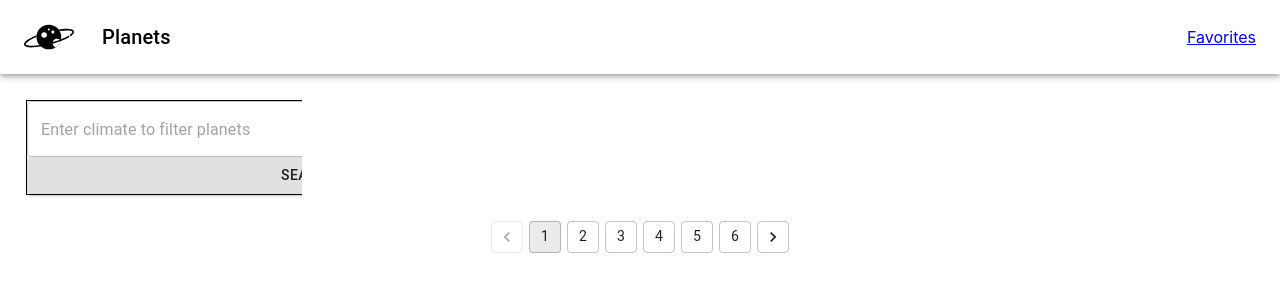
Repository: samridhie01/assignment
Page: /
The author's editor kept a copy of each file at every save. The page is drawn from the files as they stood at one save, then again after the next save.
The browser window is 1280 px wide. The pictures show the whole page.
The page's requests for data from a server got no answer. The project was rebuilt for these pictures with package versions that can differ from the ones it lists, and the page was loaded fresh each time. A package was used in the major version that the imports need, not the one package.json lists. No one was signed in, and anything a server would have sent is missing. Also part of the build but not shown: src/components/planets/PlanetTile.tsx, src/components/planets/Planets.tsx, src/components/details/SpecificPlanetRetrievalService.ts, src/components/details/Details.tsx, src/components/favorites/Favorites.tsx.

Above is the page before, as saved 2020-08-21 18:33:12.

After the next save:
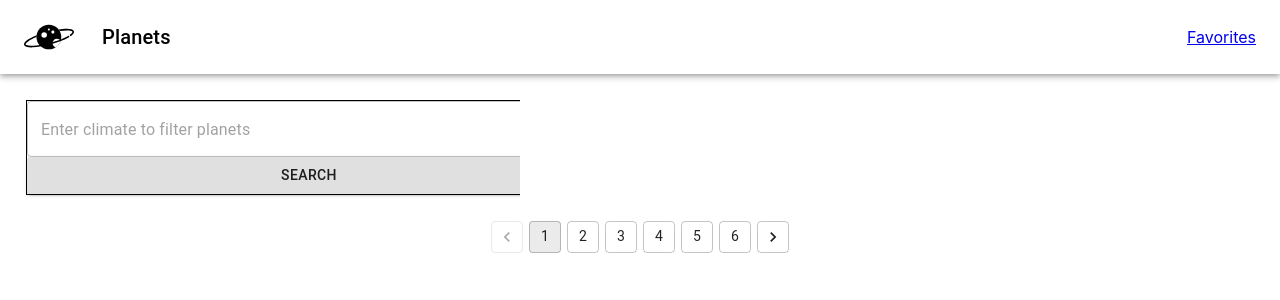
Saved 55 s later.
--- a/src/components/homePage/HomePageStyle.ts
+++ b/src/components/homePage/HomePageStyle.ts
@@ -7,7 +7,8 @@ export const useStyles = makeStyles((theme: Theme) =>
       flex: "1 0 50%",
       textAlign: "center",
       padding: "10px",
-      overflow: "hidden"
+      overflow: "hidden",
+      width: 500
     },
     item: {
       alignSelf: "flex-end",
